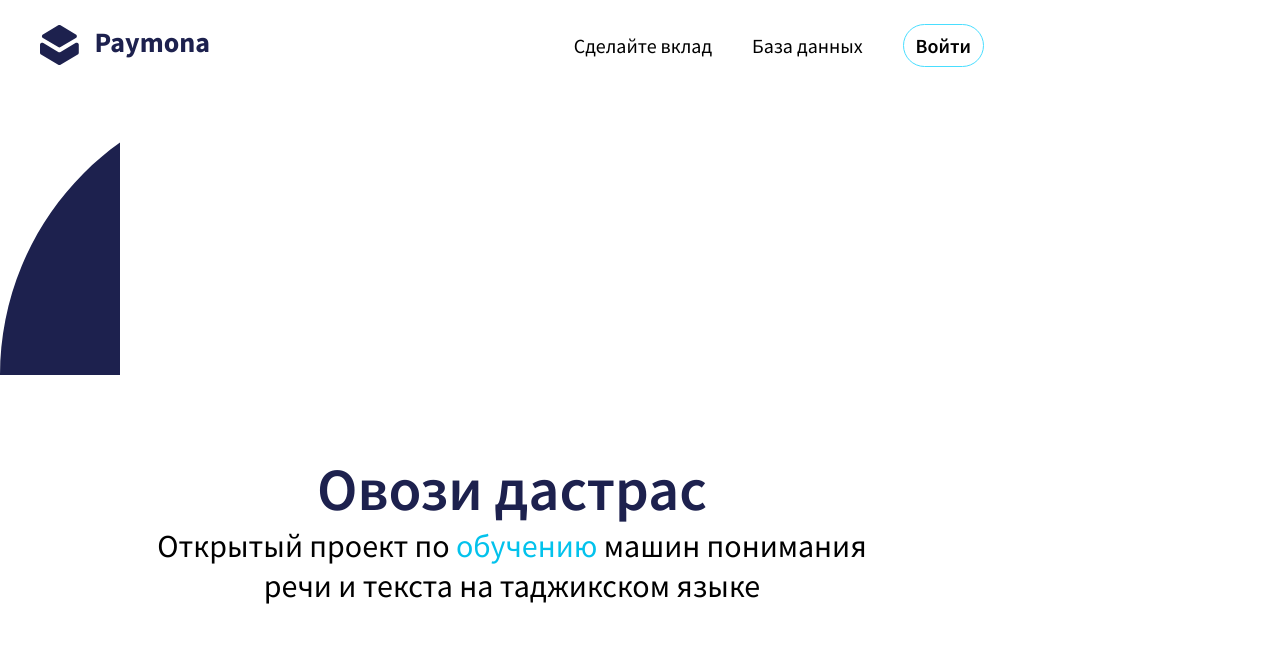
Repository: Amin444/Paymona-Sadp
Page: index.html
An editor plug-in stored every save of this project. The page is shown before and after a run of saves, followed by the edit.
The browser window is 1280 px wide. The pictures show the whole page.

Above is the page before, as saved 2021-11-11 14:28:16.

After the next 2 saves:
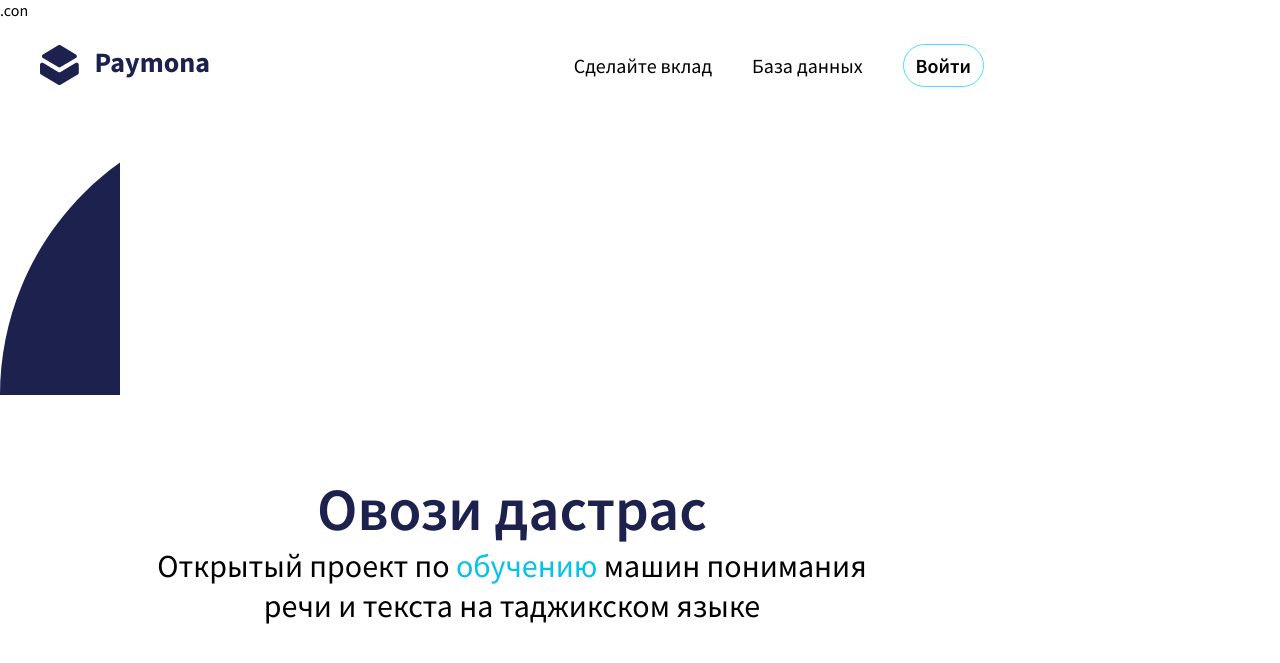
The 2 saves are shown as one change because they came seconds apart.
The last was saved 10 s later.
--- a/index.html
+++ b/index.html
@@ -10,6 +10,7 @@
 <body>
 
   <div class="root">
+      .con
      <div class="header">
        <div class="logoBlock">
          <img src="./img/logo.svg" class="logo" alt="">

After the save that followed:
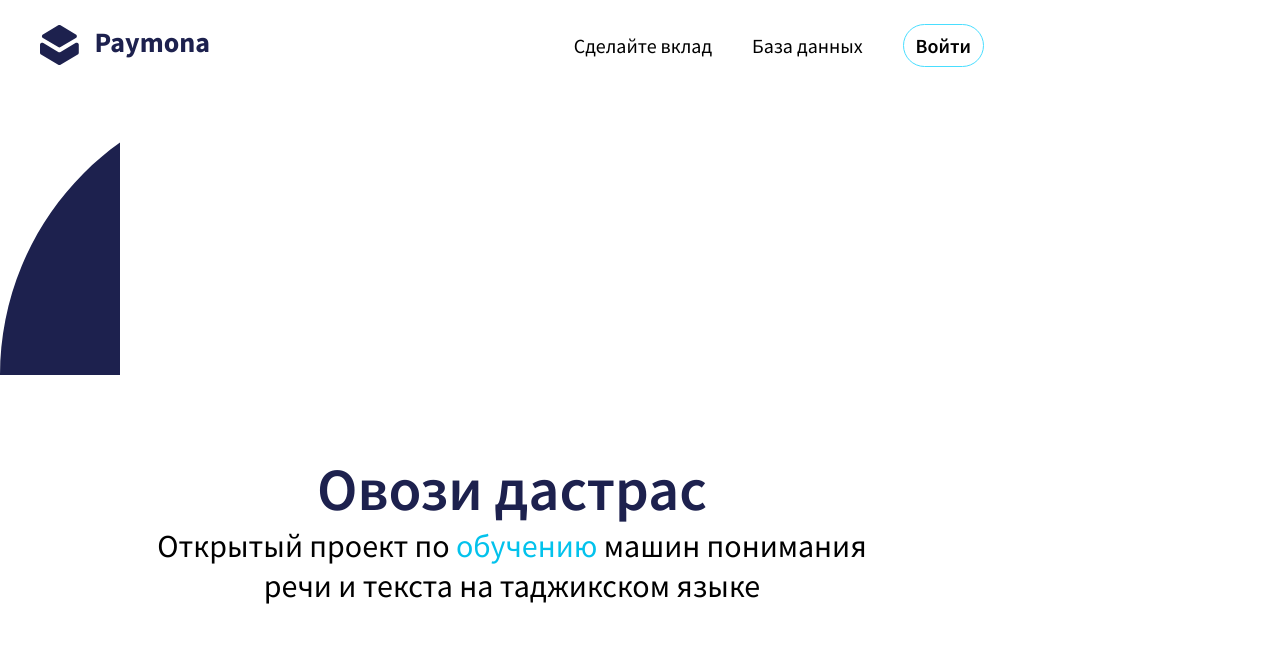
Saved 4 s later.
--- a/index.html
+++ b/index.html
@@ -10,7 +10,9 @@
 <body>
 
   <div class="root">
-      .con
+      <div class="container">
+
+      </div>
      <div class="header">
        <div class="logoBlock">
          <img src="./img/logo.svg" class="logo" alt="">
